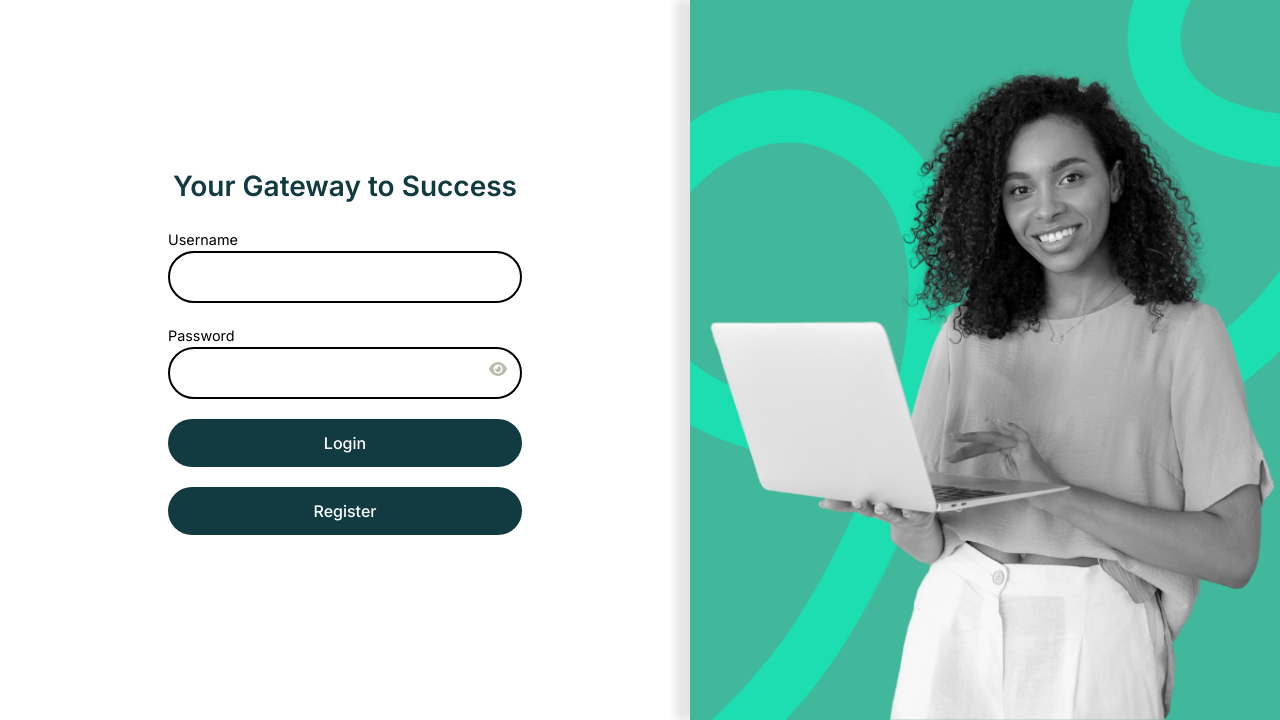
Repository: AbdullahScriptStudio/TalentSync
Page: http://localhost/people/login/
These files come from the project's save history. The page is drawn as it stood at one moment and after a run of saves; the edit follows.
The browser window is 1280 px wide. The pictures show the whole page.
Some web libraries are served in a nearby version. The page is served by the project's application, run on Django 5.2 (manage.py). Other server files are loaded and not shown.

Above is the page before, as saved 2025-03-27 00:06:32.

### people/templates/people/login.html
<!DOCTYPE html>
<html lang="en">
{% load static %}

<head>
    <meta charset="UTF-8">
    <meta name="viewport" content="width=device-width, initial-scale=1.0">
    <title>Login - Your Gateway to Success</title>
    <script src="https://cdn.tailwindcss.com"></script>
    <link rel="stylesheet" href="https://cdnjs.cloudflare.com/ajax/libs/font-awesome/6.0.0-beta3/css/all.min.css">
    <style>
        @import url('https://fonts.googleapis.com/css2?family=Inter:wght@100..900&family=Poppins:wght@100..900&display=swap');

        body {
            font-family: "Inter", sans-serif;
            margin: 0;
            display: flex;
            align-items: center;
            justify-content: center;
            min-height: 100vh;
        }

        .container {
            display: flex;
            width: 100%;
            height: 100vh;
            max-width: 1600px;
            overflow: hidden;
            box-shadow: 0 4px 8px rgba(0, 0, 0, 0.1);
        }

        .login-section {
            flex: 1;
            padding: 50px;
            display: flex;
            flex-direction: column;
            justify-content: center;
            align-items: center;
        }

        .login-section h1 {
            font-size: 28px;
            font-weight: 600;
            color: #113a41;
            text-align: center;
            margin-bottom: 20px;
        }

        .form-group label {
            font-weight: 400;
            font-size: 0.9rem;
        }

        .image-section {
            flex: 1;
            background-image: url('{% static "images/login.svg" %}');
            background-size: cover;
            background-position: center;
            position: relative;
            box-shadow: -15px 0px 8px rgba(0, 0, 0, 0.1);
        }

        .form-group {
            margin-bottom: 20px;
            position: relative;
            width: 100%;
        }

        .form-group .toggle-password {
            position: absolute;
            right: 15px;
            top: 60%;
            transform: translateY(-50%);
            cursor: pointer;
            color: #bbbcaf;
        }

        .form-group input {
            width: 100%;
            padding: 12px;
            border: 2px solid #000000;
            border-radius: 40px;
            box-sizing: border-box;
            font-size: 16px;
        }

        .form-group button {
            background-color: #113a41;
            color: white;
            padding: 12px 18px;
            border: none;
            border-radius: 40px;
            cursor: pointer;
            width: 100%;
            font-size: 16px;
            font-weight: 500;
        }

        .lg-sec {
            width: 60%;
        }

        .error-message {
            color: red;
            font-size: 14px;
            margin-bottom: 10px;
        }
    </style>
</head>

<body>
    <div class="container">
        <!-- Login Section -->
        <div class="login-section">
            <div class="lg-sec">
                <h1>Your Gateway to Success</h1>

                <!-- Login Form -->
                <form method="POST">
                    {% csrf_token %}

                    <!-- Show errors if login fails -->
                    {% if form.errors %}
                    <div class="error-message">
                        Invalid username or password. Please try again.
                    </div>
                    {% endif %}

                    <div class="form-group">
                        <label for="username">Username</label>
                        <input type="text" id="username" name="username" required>
                    </div>

                    <div class="form-group">
                        <label for="password">Password</label>
                        <input type="password" id="password" name="password" required>
                        <i class="fas fa-eye toggle-password" id="togglePassword"></i>
                    </div>

                    <div class="form-group">
                        <button type="submit">Login</button>
                    </div>

                    <div class="form-group">
                        <button type="button" onclick="window.location.href='{% url 'register' %}'">Register</button>
                    </div>
                </form>
            </div>
        </div>

        <!-- Image Section -->
        <div class="image-section"></div>
    </div>

    <script>
        // Toggle Password Visibility
        document.getElementById("togglePassword").addEventListener("click", function () {
            var passwordField = document.getElementById("password");
            passwordField.type = passwordField.type === "password" ? "text" : "password";
        });
    </script>
</body>

</html>

### people/forms.py
from django import forms
from django.contrib.auth.forms import UserCreationForm, AuthenticationForm
from .models import CustomUser

class CustomUserCreationForm(UserCreationForm):
    ROLE_CHOICES = [
        ('recruiter', 'Recruiter'),
        ('applicant', 'Applicant'),
    ]

    role = forms.ChoiceField(choices=ROLE_CHOICES, widget=forms.Select(attrs={'class': 'form-control'}))
    company_name = forms.CharField(required=False, widget=forms.TextInput(attrs={'class': 'form-control'}))
    resume = forms.FileField(required=False, widget=forms.FileInput(attrs={'class': 'form-control'}))
    profile_pic = forms.ImageField(required=False, widget=forms.FileInput(attrs={'class': 'form-control'}))

    class Meta:
        model = CustomUser
        fields = ['username', 'email', 'password1', 'password2', 'role', 'profile_pic', 'company_name', 'resume']



class CustomLoginForm(AuthenticationForm):
    class Meta:
        model = CustomUser
        fields = ['username', 'password']

### people/views.py
from django.shortcuts import render, redirect
from django.contrib.auth import login, authenticate, logout
from .forms import CustomUserCreationForm, CustomLoginForm
from django.contrib.auth.decorators import login_required


def register(request):
    """ Register a new user """
    if request.method == 'POST':
        form = CustomUserCreationForm(request.POST, request.FILES)
        if form.is_valid():
            user = form.save(commit=False)

            # Clear fields based on user role
            if user.role == 'recruiter':
                user.resume = None  # Recruiters don't need resumes
            elif user.role == 'applicant':
                user.company_name = None  # Applicants don't need company names

            user.save()
            login(request, user)
            return redirect('dashboard_redirect')
    else:
        form = CustomUserCreationForm()

    return render(request, 'people/register.html', {'form': form})


def user_login(request):
    """ Login View """
    if request.method == 'POST':
        form = CustomLoginForm(data=request.POST)
        if form.is_valid():
            user = form.get_user()
            login(request, user)
            return redirect('dashboard_redirect')
    else:
        form = CustomLoginForm()

    return render(request, 'people/login.html', {'form': form})

@login_required
def user_logout(request):
    """ Logout View """
    logout(request)
    return redirect('user_login')

@login_required
def dashboard_redirect(request):
    """ Redirect user based on role """
    if request.user.role == 'recruiter':
        return redirect('recruiter_dashboard')
    else:
        return redirect('applicant_dashboard')

### talentsync/urls.py
"""
URL configuration for talentsync project.

The `urlpatterns` list routes URLs to views. For more information please see:
    https://docs.djangoproject.com/en/5.1/topics/http/urls/
Examples:
Function views
    1. Add an import:  from my_app import views
    2. Add a URL to urlpatterns:  path('', views.home, name='home')
Class-based views
    1. Add an import:  from other_app.views import Home
    2. Add a URL to urlpatterns:  path('', Home.as_view(), name='home')
Including another URLconf
    1. Import the include() function: from django.urls import include, path
    2. Add a URL to urlpatterns:  path('blog/', include('blog.urls'))
"""
from django.contrib import admin
from django.urls import path, include
from django.conf import settings
from django.conf.urls.static import static

urlpatterns = [
    path('admin/', admin.site.urls),
    path('recruiter/', include('recruiter.urls')),
    #path('applicant/', include('applicant.urls')),
    path('people/', include('people.urls')),
]


if settings.DEBUG:
    urlpatterns += static(settings.MEDIA_URL, document_root=settings.MEDIA_ROOT)

### recruiter/urls.py
from django.urls import path
from . import views
from django.conf.urls.static import static
from django.conf import settings



urlpatterns = [

    #adding new job
    #path('create/step1/', views.job_create_step1, name='job_create_step1'),
    #path('create/step2/', views.job_create_step2, name='job_create_step2'),
    #path('create/step3/', views.job_create_step3, name='job_create_step3'),
    path('job/post/', views.job_create_combined, name='job_create_combined'),
    #path('create/success/', views.job_post_success, name='job_post_success'), #to show job posted successfully
    path('jobs/', views.job_list, name='job_list'),
    path('jobs/description/<int:job_id>/', views.job_description, name='job_description'),
    path('job/edit/<int:id>/', views.job_edit, name='job_edit'),
    path('job/delete/<int:id>/', views.job_delete, name='job_delete'),
    path('dashboard/', views.recruiter_dashboard, name='recruiter_dashboard'),
]



if settings.DEBUG:
    urlpatterns += static(settings.MEDIA_URL, document_root=settings.MEDIA_ROOT)

### people/urls.py
from django.urls import path
from .views import register, user_login, user_logout, dashboard_redirect

urlpatterns = [
    path('register/', register, name='register'),
    path('login/', user_login, name='user_login'),
    path('logout/', user_logout, name='user_logout'),
    path('dashboard/', dashboard_redirect, name='dashboard_redirect'),
]

### static/images/login.svg
<svg xmlns="http://www.w3.org/2000/svg" xmlns:xlink="http://www.w3.org/1999/xlink" zoomAndPan="magnify" preserveAspectRatio="xMidYMid meet" version="1.0" viewBox="0 0 333.75 375"><defs><clipPath id="5098a00288"><path d="M 0 0 L 333.75 0 L 333.75 375 L 0 375 Z M 0 0 " clip-rule="nonzero"/></clipPath><image x="0" y="0" width="683" xlink:href="data:[embedded picture, 351822 characters]" id="a1985ce286" height="768" preserveAspectRatio="xMidYMid meet"/></defs><g clip-path="url(#5098a00288)"><g transform="matrix(0.488653, 0, 0, 0.488281, 0.0000045, 0)"><image x="0" y="0" width="683" xlink:href="data:[embedded picture, 351822 characters]" height="768" preserveAspectRatio="xMidYMid meet"/></g></g></svg>

After the next 2 saves:
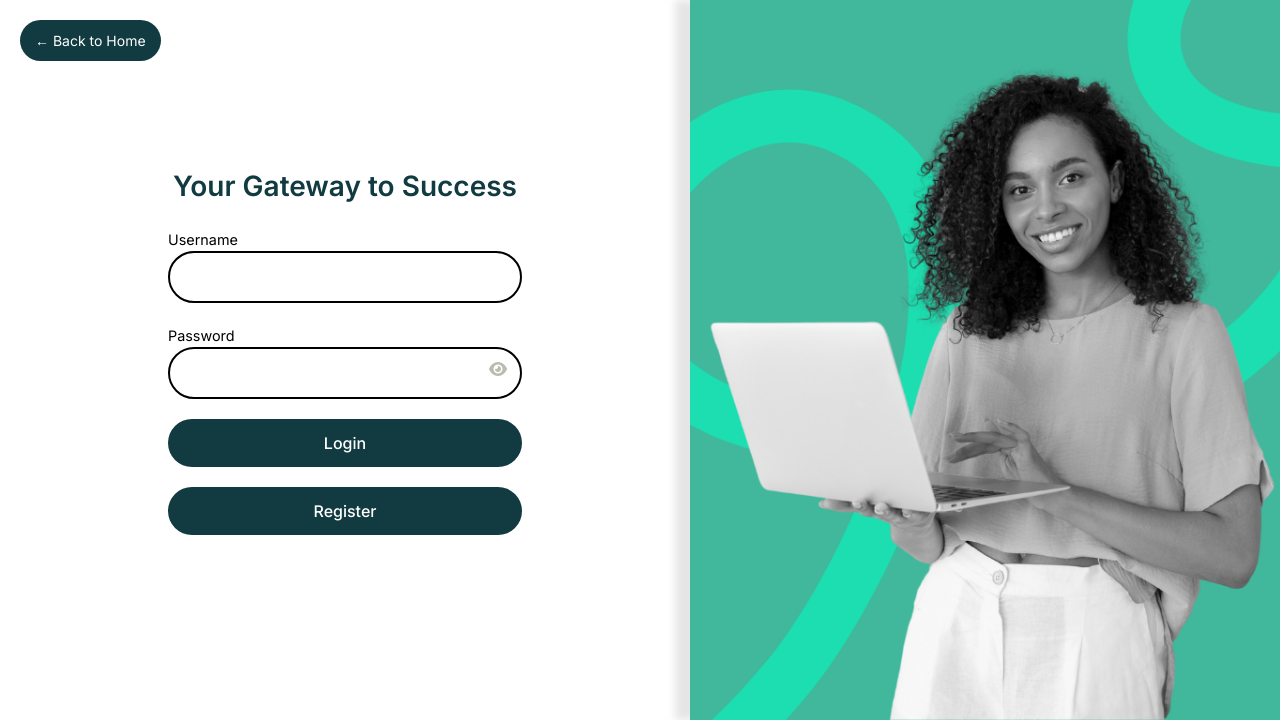
The 2 saves are shown as one change because 1 did not build or start.
The last was saved 116 s later.
--- a/people/templates/people/login.html
+++ b/people/templates/people/login.html
@@ -18,6 +18,24 @@
             align-items: center;
             justify-content: center;
             min-height: 100vh;
+            flex-direction: column;
+        }
+
+        .back-button {
+            position: absolute;
+            top: 20px;
+            left: 20px;
+            background-color: #113a41;
+            color: white;
+            padding: 10px 15px;
+            border-radius: 30px;
+            text-decoration: none;
+            font-size: 14px;
+            transition: background-color 0.3s;
+        }
+
+        .back-button:hover {
+            background-color: #0d2e35;
         }
 
         .container {
@@ -109,6 +127,8 @@
 </head>
 
 <body>
+    <a href="{% url 'user_login' %}" class="back-button">← Back to Home</a>
+
     <div class="container">
         <!-- Login Section -->
         <div class="login-section">
